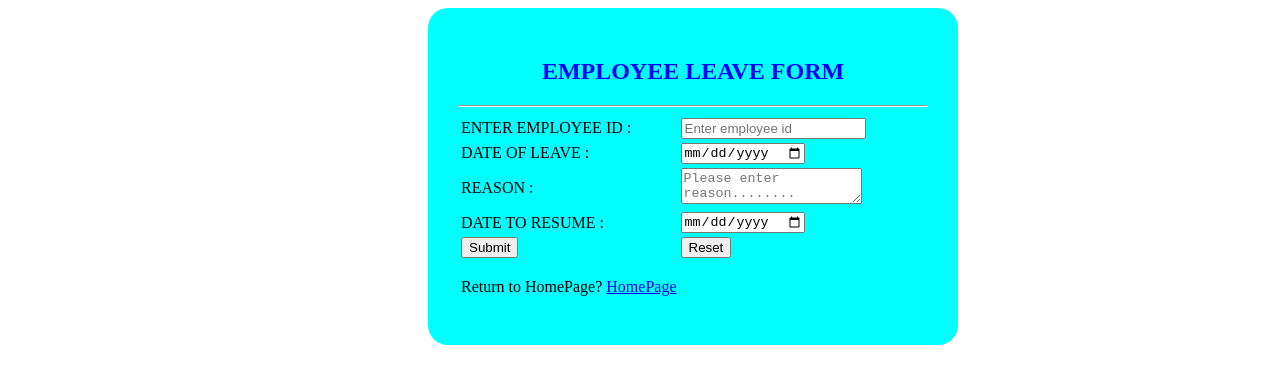
Repository: Catalyst-OTU/Java_Works
Page: jspSession2/WebContent/applyleave.html
An editor plug-in stored every save of this project. The page is shown before and after the next save, followed by the edit.
The browser window is 1280 px wide. The pictures show the whole page.

Above is the page before, as saved 2021-01-28 21:26:58.

### jspSession2/WebContent/applyleave.html
<!DOCTYPE html>
<html>
<head>
<meta charset="ISO-8859-1">
<title>Login</title>

	    <style>

        .conatiners{
                  margin-left: 420px;
                  margin-top: 10x;
                  background-color: aqua;
                  border-radius: 20px;
                  width: 470px;
                  padding: 30px;
                }
                h2{color: blue; text-align: center; cursor: pointer;}
                h2:hover{color: black;}
    </style>


</head>
<body>



	<div class="conatiners">

        <h2>EMPLOYEE LEAVE FORM</h2>
        <hr>


    <form action="applyleave.jsp" method="post">

		<table>
			<tr>
				<td> ENTER EMPLOYEE ID :</td>
				<td><input type="text" name="empid" class="form-control" placeholder="Enter employee id" required></td>
			</tr>

			<tr>
				<td> DATE OF LEAVE :</td>
				<td><input type="date" name="applydate" class="form-control" placeholder="Enter date to start leave" required></td>
			</tr>

			<tr>
				<td>REASON :</td>
				<td><textarea type="text" name="reason" col="30" row="50" placeholder="Please enter reason........"></textarea></td>
			</tr>

			<tr>
				<td> DATE TO RESUME :</td>
				<td><input type="date" name="resumedate" class="form-control" placeholder="Enter date to resume" required></td>
			</tr>

            <tr class="text-right">
                <td> <input type="submit" class="btn btn-primary" value="Submit"> </td>
                <td> <input type="reset" class="btn btn-danger" value="Reset"> </td>
            </tr>

            <tr>
              <td> <p class="text-center">Return to HomePage? <a href="userpage.jsp">HomePage</a></p> </td>
            </tr>

		</table>


    </form>

</div>


</body>
</html>

After the next save:
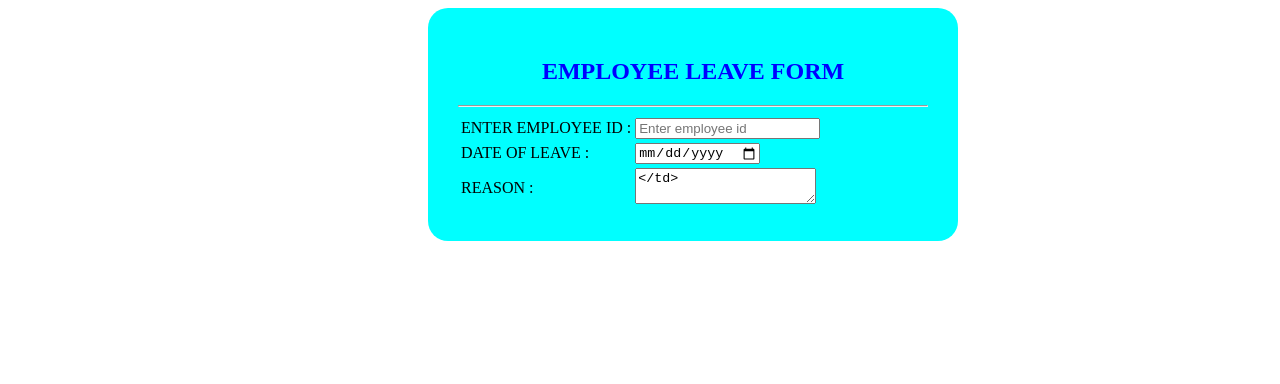
Saved 18 s later.
--- a/jspSession2/WebContent/applyleave.html
+++ b/jspSession2/WebContent/applyleave.html
@@ -45,7 +45,7 @@
 
 			<tr>
 				<td>REASON :</td>
-				<td><textarea type="text" name="reason" col="30" row="50" placeholder="Please enter reason........"></textarea></td>
+				<td><textarea type="text" name="reason" col="30" row="50" placeholder="Please enter reason........"></td>
 			</tr>
 
 			<tr>

After the save that followed:
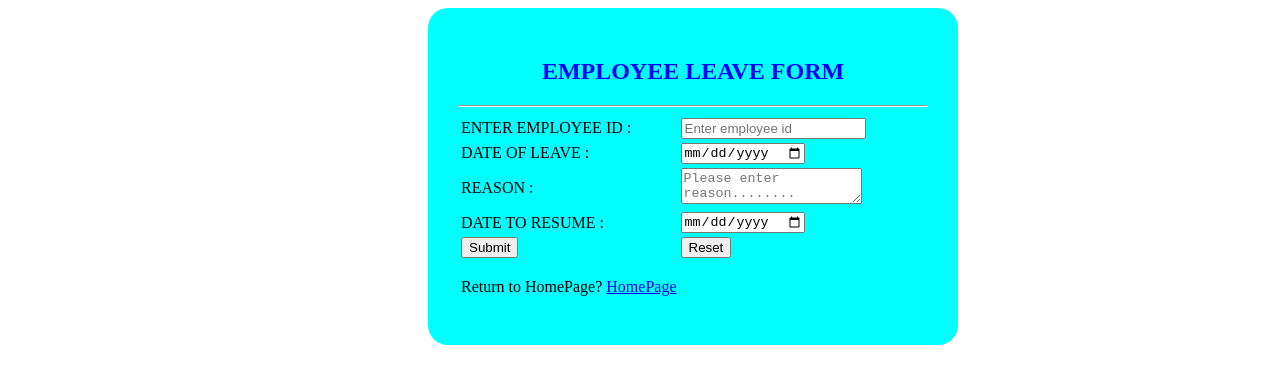
Saved 46 s later.
--- a/jspSession2/WebContent/applyleave.html
+++ b/jspSession2/WebContent/applyleave.html
@@ -45,7 +45,7 @@
 
 			<tr>
 				<td>REASON :</td>
-				<td><textarea type="text" name="reason" col="30" row="50" placeholder="Please enter reason........"></td>
+				<td><textarea type="text" name="reason" col="30" row="50" placeholder="Please enter reason........"></textarea></td>
 			</tr>
 
 			<tr>
